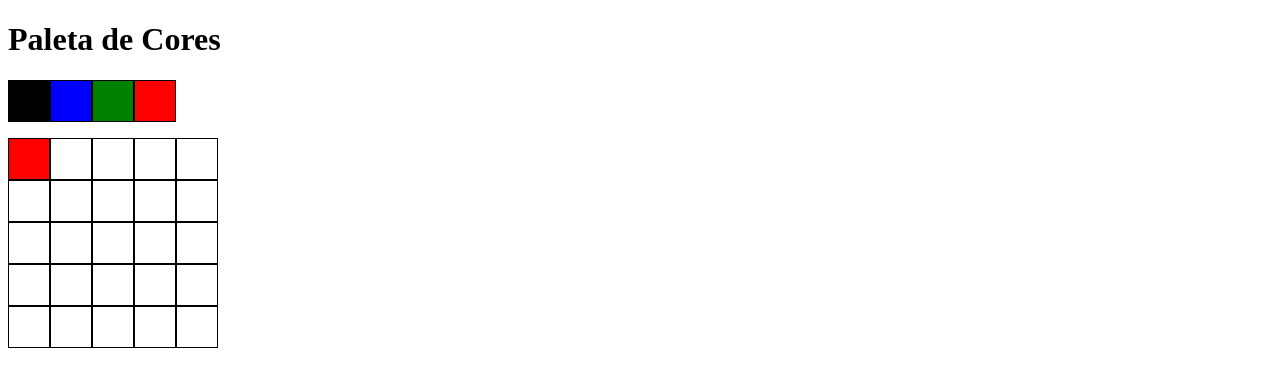
Repository: MuriloColleti/project-Pixer-Art
Page: index.html
These files come from the project's save history. The page is drawn as it stood at one moment and after the next save; the edit follows.
The browser window is 1280 px wide. The pictures show the whole page.
After loading, the first visible `div.pixel` was clicked once.

Above is the page before, as saved 2024-02-06 14:18:59.

### index.html
<!DOCTYPE html>
<html lang="en">
<head>
    <meta charset="UTF-8">
    <meta name="viewport" content="width=device-width, initial-scale=1.0">
    <link rel="stylesheet" href="style.css">
    <title>Paleta de Cores</title>
</head>

<body>
    <header> <h1 id="title"> Paleta de Cores </h1> </header>

<div class="pallet-container">
    <div class="square black color"></div>
    <div class="square blue color"></div>
    <div class="square green color"></div>
    <div class="square red color"></div>
</div>
    <main id="pixel-board"></main>

</body>

<script src="script.js"></script>

</html>

### style.css
.black{
    background-color: black;
}

.blue{
    background-color: blue;
}

.red{
    background-color: red;
}

.green{
    background-color: green;
}

.square{
    width: 40px;
    height: 40px;
    border: 1px solid black;
}

.pallet-container{
    display: flex;
    margin-bottom: 1rem;
}

.pixel{
    width: 40px;
    height: 40px;
    border: 1px solid black;
    display: flex;
}

#pixel-board{

    display: flex;
    flex-direction: column;
    justify-content: center;

}

.line{
    display: flex;
}

### script.js
var pixeltable = document.getElementById('pixel-board');

for(linha = 0; linha < 5; linha += 1){

    var newLine = document.createElement('div')
    newLine.classList.add('line')
    pixeltable.appendChild(newLine);

    for(pixel = 0; pixel < 5; pixel += 1){
    var newPixel = document.createElement('div')
    newPixel.classList.add('pixel')
    newPixel.addEventListener('click', paintpixel);
    newLine.appendChild(newPixel)
    }
}

function paintpixel(){
    this.style.backgroundColor = 'red';
}

After the next save:
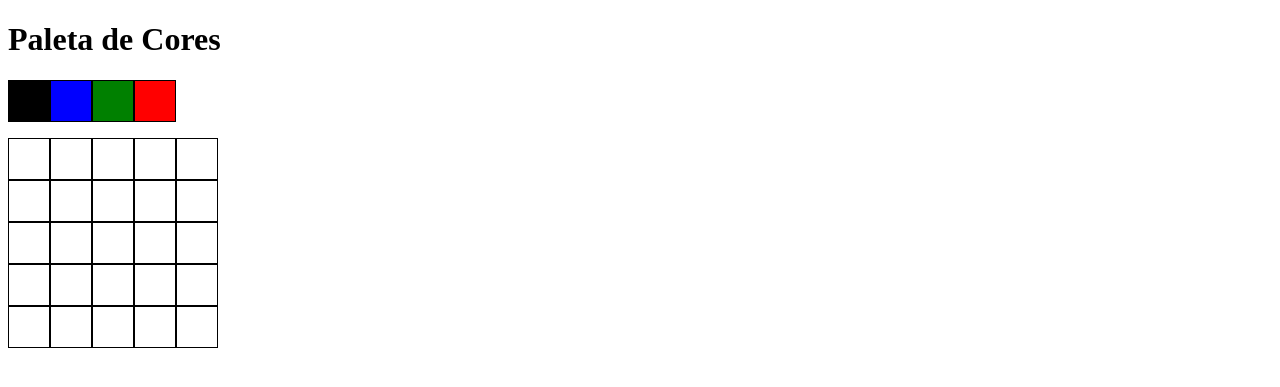
Saved 16 s later.
--- a/script.js
+++ b/script.js
@@ -15,5 +15,5 @@ for(linha = 0; linha < 5; linha += 1){
 }
 
 function paintpixel(){
-    this.style.backgroundColor = 'red';
+    this.style.backgroundColor = 'white';
 }
